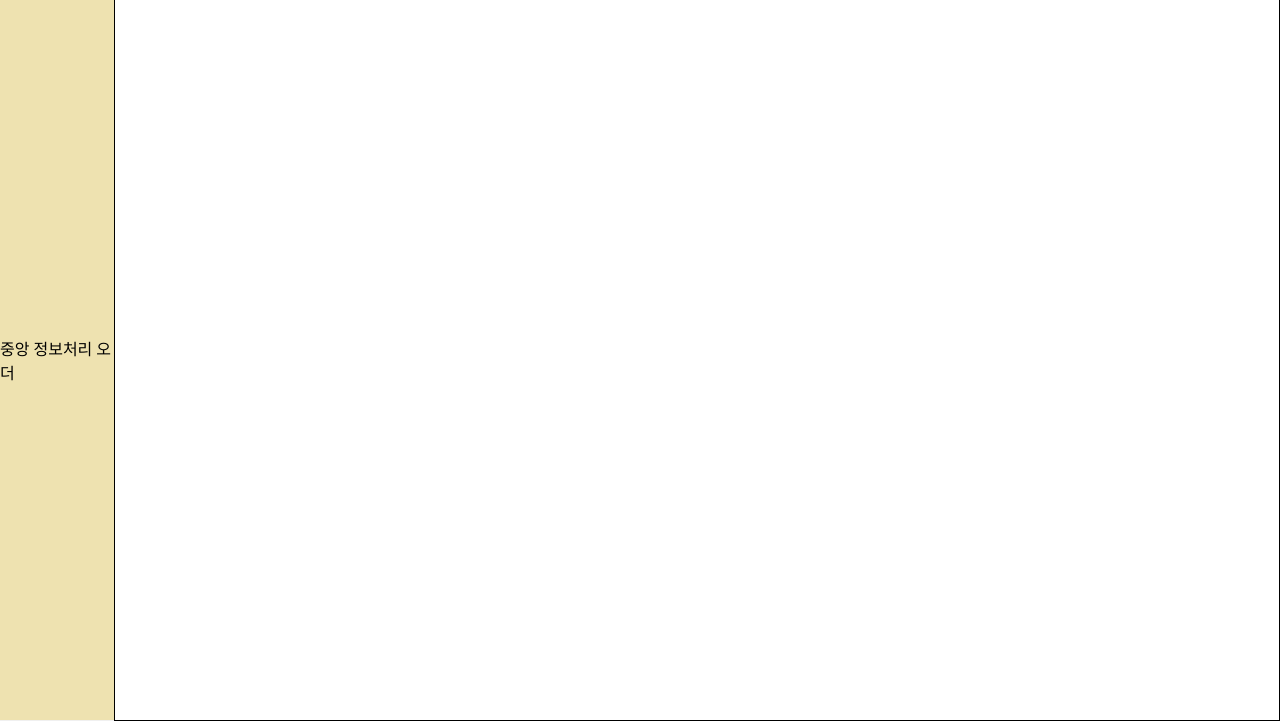
Repository: Devhyeongseon/Academy_Jsp
Page: http://localhost/J_ORDER/home.jsp
The author's editor kept a copy of each file at every save. The page is drawn from the files as they stood at one save, then again after the next save.
The browser window is 1280 px wide. The pictures show the whole page.
The page is served by Tomcat 9.

Above is the page before, as saved 2024-01-08 07:49:43.

After the next save:
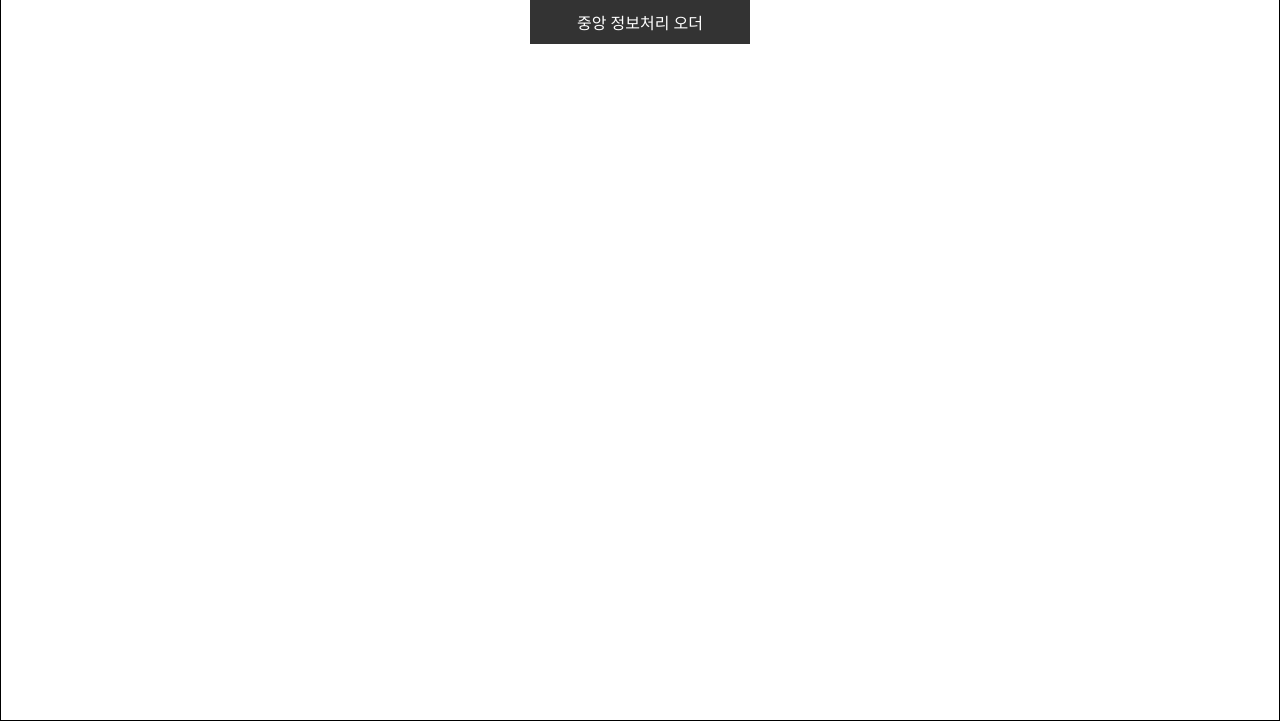
Saved 4 min 9 s later.
--- a/J_ORDER/src/main/webapp/include/header.jsp
+++ b/J_ORDER/src/main/webapp/include/header.jsp
@@ -31,6 +31,18 @@ body , html{
 	background-color: #ffffff;
 	border: 1px solid #000000;
 }
+
+ .brand {
+            position: fixed;
+            top: 0;
+            left: 50%;
+            transform: translateX(-50%);
+            background-color: #333;
+            color: #fff;
+            padding: 10px;
+            width: 200px; /* 필요에 따라 너비를 조절하세요. */
+            text-align: center;
+        }
 </style>
 <title>제이오더 입니다.</title>
 </head>
